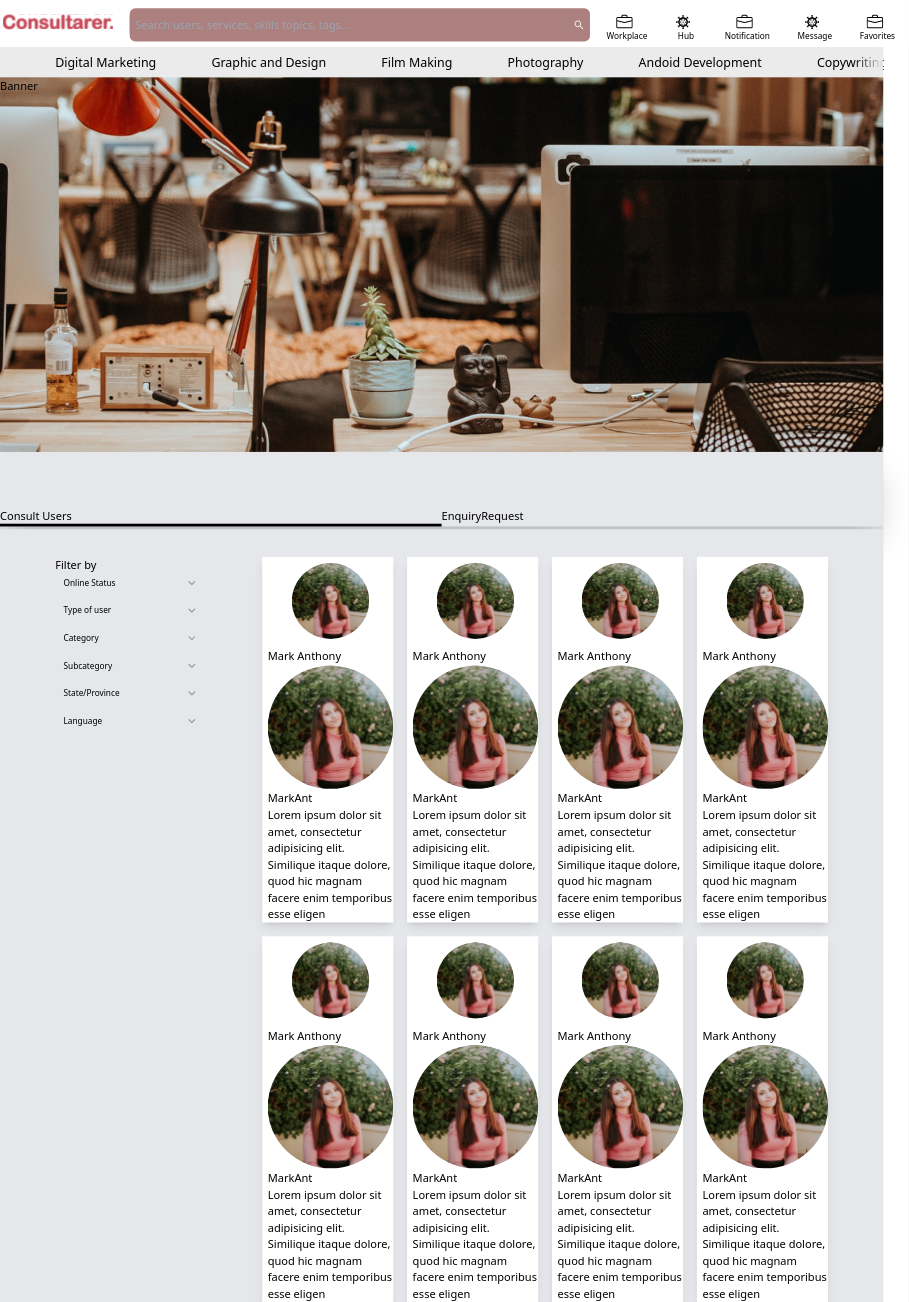
Repository: hisreal123/Consultarer
Page: /
These files come from the project's save history. The page is drawn as it stood at one moment and after a run of saves; the edit follows.
The browser window is 1280 px wide. The page is 1317 px wide, so the pictures cover 1317 px, including what lies to the right of the window. The pictures show the whole page, at 69% of full size.
The project was rebuilt for these pictures with package versions that can differ from the ones it lists, and the page was loaded fresh each time. The framework's server and built-in components were replaced by stand-ins that run in the browser. Also part of the build but not shown: next.config.js, webpack.config.js, components/Filter/Sortby.js.

Above is the page before, as saved 2022-04-26 00:22:50.

### pages/_app.js
import Layout from "../components/Layout";
import "../styles/globals.css";



function MyApp({ Component, pageProps }) {
  return (
    <Layout>
      <Component {...pageProps} />
    </Layout>
  );
}

export default MyApp;

### pages/index.js
import Head from "next/head";
import Image from "next/image";
import CatList from "../components/Category/CatList";
import { CatLinkData } from "../utils/CatLinkdata";
import { Banner } from "../components/Banner/Banner";
import { ContentTab } from "../components/CardContent/ContentTab";

export default function Home({ data }) {
  return (
    <div className=" ">
      <Head>
        <title>Cosultarer.</title>
        <meta name="description" content="Generated by create next app" />
        <link rel="icon" href="/favicon.ico" />
      </Head>

      <main className="bg-gray-200">
        <CatList allCatLinkData={data} />
        <Banner />
        <ContentTab />
      </main>
    </div>
  );
}

export async function getStaticProps() {
  return {
    props: {
      data: CatLinkData,
    },
    revalidate: 4 * 60 * 60,
  };
}

### components/Layout.js
import React from "react";
import { TopNav } from "./TopNav/TopNav";

const Layout = ({ children , toggle}) => {
  return (
    <div className="relative">
      <TopNav toggle={toggle}/>
      {children}
    </div>
  );
};

export default Layout;

### components/Category/CatList.js
import React from "react";
import ListLink from "./ListLink";
const CatList = ({ allCatLinkData }) => {
  return (
    <div className="relative  overflow-hidden ">
      <div className="relative">
        <ListLink data={allCatLinkData} />
      </div>
    </div>
  );
};

export default CatList;

### utils/CatLinkdata.js
// Json Array for CarTegory Section
export const CatLinkData = [
  {
    id: 1,
    Category: " Digital Marketing",
  },
  {
    id: 2,
    Category: " Graphic and Design",
  },
  {
    id: 3,
    Category: " Film Making",
  },
  {
    id: 4,
    Category: " Photography ",
  },
  {
    id: 5,
    Category: " Andoid Development ",
  },
  {
    id: 6,
    Category: " Copywriting ",
  },

  {
    id: 7,
    Category: " Photography ",
  },
  {
    id: 8,
    Category: " Andoid Development ",
  },
  {
    id: 9,
    Category: " Copywriting ",
  },
  {
    id: 10,
    Category: " Digital Marketing",
  },
  {
    id: 11,
    Category: " Graphic and Design",
  },
  {
    id: 12,
    Category: " Film Making",
  },
  {
    id: 13,
    Category: " Photography ",
  },
  {
    id: 14,
    Category: " Andoid Development ",
  },
  {
    id: 15,
    Category: " Copywriting ",
  },

  {
    id: 16,
    Category: " Photography ",
  },
  {
    id: 17,
    Category: " Andoid Development ",
  },
  {
    id: 18,
    Category: " Copywriting ",
  },
]; // End of CatLinks

// for Link Data

### components/Banner/Banner.js
import React from "react";

export const Banner = () => {
  return (
    <div className=" h-[543px]  bg-gray-200 bg-hero bg-origin-content bg-right md:bg-center bg-cover bg-no-repeat  ">
      Banner
    </div>
  );
};

### components/CardContent/ContentTab.js
import { React, Fragment, useState } from "react";
import { EnquiryRequest } from "./EnquiryRequest";
import { ConsultUsers } from "./ConsultUsers";

export const ContentTab = () => {
  const [index, setIndex] = useState(0);
  return (
    <div className="Tabs">
      <div className="tabList  grid grid-cols-2 pt-20 bg-gray-200 mb-1 shadow-2xl z-30">
        <div
          className={`tabHead   ${
            index === 0 ? " border-b-4 border-b-black   " : null
          }`}
          onClick={() => {
            setIndex(0);
          }}
        >
          <h1 className="">Consult Users</h1>
        </div>
        <div
          className={`tabHead ${
            index === 1 ? "  border-b-4 border-b-black " : null
          }`}
          onClick={() => {
            setIndex(1);
          }}
        >
          <h1>EnquiryRequest</h1>
        </div>
      </div>
      <div className="contentl ">
        <div className="tabContent" hidden={index != 0}>
          <ConsultUsers />
        </div>
        <div className="tabContent" hidden={index != 1}>
          <EnquiryRequest />
        </div>
      </div>
    </div>
  );
};

### components/TopNav/TopNav.js
import Link from "next/link";
import { React, useState } from "react";
import Search from "./Search";
import { TopNavMobile } from "../Mobile/TopNavMobile";
import { Aside } from "../Mobile/Aside";
import { AccountLinks } from "../AccountLinks";

// All design are been adjusted to mobile first
export const TopNav = () => {
  return (
    <div className=" shadow-sm ">
      {/* tablet and extended*/}
      <div className=" relative lg:flex item-center ">
        <TopNavMobile />
        <div className="wrap hidden lg:flex  lg:bg-white lg:w-screen   lg:pt-3">
          <Search
            widthStyle="  ml-4 rounded-full hidden md:block lg:mr-1 lg:flex lg:pr-2  lg:bg-[#ad8080] lg:text-white "
            inputStyle="lg:w-[643px] lg:py-2  lg:bg-[#ad8080] lg:pl-2 lg:rounded-lg lg:outline-none lg:text-white"
          />
          <div className="acct w-full relative">
            <AccountLinks />
          </div>
        </div>
      </div>
    </div>
  );
};

### components/Category/ListLink.js
import Link from "next/link";
import React from "react";
import { useRouter } from "next/router";

const ListLink = ({ data }) => {
  const router = useRouter();
  return (
    <div className="relative bg-[#EBEBEB]">
      <ul className="  relative flex whitespace-nowrap px-10 sm:px-20 space-x-10 sm:space-x-20 overflow-x-scroll scrollbar-hide py-2 md:text-lg lg:w-screen">
        {data.map((list) => (
          <li
            key={list.id}
            // onClick={() => router.push(`/${list.Category}`)}
            className="hover:scale-105 transition duration-100  cursor-pointer active:text-red-500"
          >
            {list.Category}
          </li>
        ))}
      </ul>

      <div className="absolute top-0 right-0 bg-gradient-to-l from-[#EBEBEB] h-10 w-11"></div>
    </div>
  );
};

export default ListLink;

### components/CardContent/EnquiryRequest.js
import { FilterList } from "../Filter/FilterList";
export const EnquiryRequest = () => {
  return (
    <div className="grid grid-cols-2 relative w-full bg-green-300">
    <FilterList />
    </div>
  );
};

### components/CardContent/ConsultUsers.js
import React from "react";
import { FilterList } from "../Filter/FilterList";
import { UserCard } from "./UserCard";
export const ConsultUsers = () => {
  return (
    <div className="grid grid-cols-4 pt-10 px-20 z-10 gap-20 relative w-full bg-gray-200">
      <FilterList />
      <div className="useCard col-span-3">
        <UserCard userStyle="" />
      </div>
    </div>
  );
};

### components/TopNav/Search.js
import React from "react";
import { AiOutlineSearch } from "react-icons/ai";

const Search = ({ widthStyle, mobileStyle, inputStyle , lgStyle}) => {
  return (
    <div
      className={`transition hover:shadow-md  flex items-center  relative  bg-white  justify-between pr-3 lg:mb-2 lg:rounded-lg group  ${widthStyle} ${mobileStyle} ${lgStyle}`}
    >
      <input
        type="text"
        name="search"
        id="search"
        placeholder="Search users, services, skills topics, tags... "
        className={inputStyle}
      />
      <AiOutlineSearch className="transition hover:scale-105 cursor-pointer  " />
    </div>
  );
};

export default Search;

### components/Mobile/TopNavMobile.js
import { React, useState } from "react";
import { Aside } from "../Mobile/Aside";
import { Logo } from "../Logo";
import { Profile } from "../Profile";
import Search from "../TopNav/Search";
import { MdMenu } from "react-icons/md";

export const TopNavMobile = () => {
  const [openSideBar, setOpenSideBar] = useState(false);
  return (
    <div className="mobile relative pl-1 px-2 pb-1">
      {/* mobile*/}
      {/* Adding pr-2 to make space for te search component*/}
      <div className=" relative flex justify-between items-center bg-white w-full lg:h-full">
        <div className=" relative flex items-center">
          <MdMenu
            className="text-3xl text-gray-600 mr-1 lg:hidden"
            onClick={() => setOpenSideBar(!openSideBar)}
          />
          <Logo />
        </div>
        <Profile /> {/* profile available only for mobile xs & sm screen size*/}
      </div>
      {/* Search avialable only for mobile xs & sm screen size*/}
      <Search
        widthStyle="w-full pl-2  lg:hidden"
        mobileStyle="mb-3 outline-none rounded-full border border-1 "
        inputStyle=" text-xs py-2 px-2 w-full md:text-md"
      />

      <Aside
        sidebarInfo={{ openSideBar, setOpenSideBar }}
        toggleStyle={`
      ${!openSideBar ? "-translate-x-full" : ""}
    `}
      />
    </div>
  );
};

### components/Mobile/Aside.js
import Link from "next/link";
import { React, useState } from "react";
import { GrFormClose } from "react-icons/gr";
import { AccountLinks } from "../AccountLinks";
import Divider from "../divider";
import { FilterList } from "../Filter/FilterList";
import { Logo } from "../Logo";
// Repeated Style for more than one Element
const GenDesc = "text-xs text-red-500  pl-2 py-1";

export const Aside = ({
  toggleStyle,
  sidebarInfo: { openSideBar, setOpenSideBar },
}) => {
  return (
    <div
      className={` bg-white  absolute top-0  left-0  shadow-lg overflow-hidden w-3/4  transition pb-20 z-50  md:w-50 lg:hidden
      ${openSideBar ? " " : "-translate-x-full"} ${toggleStyle}
      `}
    >
      <div className="top ">
        <div className="top flex  justify-between items-center py-2 px-2">
          <Logo />
          <GrFormClose
            className="text-3xl"
            onClick={() => setOpenSideBar(!openSideBar)}
          />
        </div>
        <Divider />
        <h4 className={GenDesc}> Account</h4>
        <AccountLinks />
        <Divider />
        <FilterList filStyle={GenDesc} />
      </div>
    </div>
  );
};

### components/AccountLinks.js
import React from "react";
import { BsBriefcase } from "react-icons/bs";
import { MdOutlineCoronavirus } from "react-icons/md";
import Divider from "./divider";

const AsideLink = [
  {
    id: 1,
    title: " Workplace",
    icon: <BsBriefcase />,
  },

  {
    id: 2,
    title: "Hub",
    icon: <MdOutlineCoronavirus />,
  },

  {
    id: 3,
    title: " Notification",
    icon: <BsBriefcase />,
  },

  {
    id: 4,
    title: "Message",
    icon: <MdOutlineCoronavirus />,
  },

  {
    id: 5,
    title: " Favorites",
    icon: <BsBriefcase />,
  },
];

export const AccountLinks = () => {
  return (
    <div className=" group md:flex md:items-center md:justify-between md:w-full relative   lg:justify-between lg:items-center">
      {AsideLink.map((item) => (
        <div
          key={item.id}
          className="flex items-center px-2 py-2 mb-1 hover:bg-red-200 last:mb-0 md:text-2xl lg:px-0 lg:pt-2 lg:flex-col lg:pl-5 lg:pr-5  lg:hover:bg-white group lg:mb-0 lg:hover:border-b lg:border-b-black transition duration-150 "
        >
          <span className="mr-2 sm:hover:text-red-400 lg:hover:text-black lg:hover:font-extrabold  transition duration-100 lg:hover:animate-bounce">
            {item.icon}
          </span>
          <h1 className="text-xs"> {item.title}</h1>
        </div>
      ))}
    </div>
  );
};

### components/Filter/FilterList.js
import Divider from "../divider";
import { FilterCheckBox } from "./FilterCheckBox";
import Sortby from "./Sortby";

export const FilterList = ({ filStyle }) => {
  return (
    <div className=" ">
      <h3 className={filStyle}> Filter by</h3>

      <div className="wrap px-2">
        <FilterCheckBox OptionTitle="Online Status" />
        <FilterCheckBox OptionTitle="Type of user" />
        <FilterCheckBox OptionTitle="Category" />
        <FilterCheckBox OptionTitle="Subcategory" />
        <FilterCheckBox OptionTitle="State/Province" />
        <FilterCheckBox OptionTitle="Language" />

        {/*<Sortby title="Sort By" subTitle="Price" />
              <Divider />
          <Sortby title=" Rating " /> */}
      </div>
    </div>
  );
};

### components/CardContent/UserCard.js
import React from "react";
import Image from "next/image";
const User = [
  {
    slug: "user1",
    ImageProfile: "/img/unsplash_x9cXI2eQLBw.svg",
    fullname: " Mark Anthony",
    username: "MarkAnt",
    verified: true,
    rank: true,
    rate: "4.5(25)",
    salary: "50",
    timePrice: "10mins",
  },

  {
    slug: "user2",
    ImageProfile: "/img/unsplash_x9cXI2eQLBw.svg",
    fullname: " Mark Anthony",
    username: "MarkAnt",
    verified: true,
    rank: true,
    rate: "4.5(25)",
    salary: "50",
    timePrice: "10mins",
  },

  {
    slug: "user3",
    ImageProfile: "/img/unsplash_x9cXI2eQLBw.svg",
    fullname: " Mark Anthony",
    username: "MarkAnt",
    verified: true,
    rank: true,
    rate: "4.5(25)",
    salary: "50",
    timePrice: "10mins",
  },

  {
    slug: "user4",
    ImageProfile: "/img/unsplash_x9cXI2eQLBw.svg",
    fullname: " Mark Anthony",
    username: "MarkAnt",
    verified: true,
    rank: true,
    rate: "4.5(25)",
    salary: "50",
    timePrice: "10mins",
  },
  {
    slug: "user5",
    ImageProfile: "/img/unsplash_x9cXI2eQLBw.svg",
    fullname: " Mark Anthony",
    username: "MarkAnt",
    verified: true,
    rank: true,
    rate: "4.5(25)",
    salary: "50",
    timePrice: "10mins",
  },

  {
    slug: "user6",
    ImageProfile: "/img/unsplash_x9cXI2eQLBw.svg",
    fullname: " Mark Anthony",
    username: "MarkAnt",
    verified: true,
    rank: true,
    rate: "4.5(25)",
    salary: "50",
    timePrice: "10mins",
  },

  {
    slug: "user7",
    ImageProfile: "/img/unsplash_x9cXI2eQLBw.svg",
    fullname: " Mark Anthony",
    username: "MarkAnt",
    verified: true,
    rank: true,
    rate: "4.5(25)",
    salary: "50",
    timePrice: "10mins",
  },

  {
    slug: "user8",
    ImageProfile: "/img/unsplash_x9cXI2eQLBw.svg",
    fullname: " Mark Anthony",
    username: "MarkAnt",
    verified: true,
    rank: true,
    rate: "4.5(25)",
    salary: "50",
    timePrice: "10mins",
  },
];

export const UserCard = ({ userStyle }) => {
  return (
    <div className={`cardWrapper relative `}>
      <div className="cardContent">
        <div className=" details relative  grid grid-cols-4 gap-5 ">
          {User.map((user, slug) => (
            <div
              className={` user relative flex flex-col bg-white pt-2 pl-2 shadow-lg ${userStyle}`}
              key={slug}
            >
              <div className="relative h-7 w-28 self-center  mb-24 ">
                <Image
                  src={user.ImageProfile}
                  height="100"
                  width="100"
                  layout="responsive"
                  alt="profile Image"
                />
              </div>
              <div className="infos relative">
                <h3 className=" font-medium ">
                  {user.fullname}
                  {user.verified ? (
                    <Image
                      src="/img/unsplash_x9cXI2eQLBw.svg"
                      alt="verified"
                      layout="responsive"
                      height="100"
                      width="100"
                    />
                  ) : null (
                    " false"
                  )}
                </h3>
                <h3> {user.username} </h3>

                <p>
                  Lorem ipsum dolor sit amet, consectetur adipisicing elit.
                  Similique itaque dolore, quod hic magnam facere enim
                  temporibus esse eligen
                </p>
              </div>
            </div>
          ))}
        </div>
      </div>
    </div>
  );
};

### components/Logo.js
import Link from "next/link";
import React from "react";
import LogoPic from "../public/img/logo.svg";
export const Logo = () => {
  return (
    <div>
      <Link href="#">
        <a className="cursor-pointer">
          <LogoPic className="h-10 w-28 md:w-36 lg:h-30 lg:w-40 lg:pt-2 lg:pb-2" />
        </a>
      </Link>
    </div>
  );
};

### components/Profile.js
import React from "react";
import ProfilePic from "../public/img/unsplash_x9cXI2eQLBw.svg";

export const Profile = () => {
  return (
    <div className="group absolute right-0 pr-2 lg:hidden transition duration-150">
      <ProfilePic className="text-3xl group:hover:shadow-lg " />
      <span className="bg-green-600 h-2 w-2 absolute z-10 bottom-1 right-2  rounded-full "></span>
    </div>
  );
};

### components/divider.js
import React from "react";

function Divider() {
  return <div className="divider h-[0.08px] w-full bg-gray-300 "></div>;
}

export default Divider;

### components/Filter/FilterCheckBox.js
import { useState } from "react";
import { Listbox, Transition } from "@headlessui/react";
import { ChevronDownIcon } from "@heroicons/react/solid";

const people = [
  { id: 2, title: "Online Status" },
  { id: 3, title: "Option2" },
  { id: 4, title: "Option3" },
  { id: 5, title: "Option4" },
  { id: 5, title: "Option5" },
];

export const FilterCheckBox = ({ OptionTitle }) => {
  const [selectedPerson, setSelectedPerson] = useState(people[0]);
  return (
    <Listbox value={selectedPerson} onChange={setSelectedPerson}>
      <div className="wrap ">
        <Listbox.Button className="mb-3 p-1 text-xs flex items-center w-full  justify-between   ">
          <span className="">{OptionTitle || selectedPerson.title}</span>
          <ChevronDownIcon className="w-5 h-5 text-gray-400" />
        </Listbox.Button>

        <Listbox.Options className="px-1 bg-gray-200 relative">
          {people.map((person) => (
            /* Disabled options will be skipped by keyboard navigation. */
            <Listbox.Option
              key={person.id}
              value={person}
              className="text-xs py-1 md:text-lg "
            >
              {({ active, selected }) => (
                <li
                  className={` py-1 px-2 ${
                    active ? "bg-blue-500 text-white " : "text-black"
                  }`}
                >
                  {selected}
                  {person.title}
                </li>
              )}
            </Listbox.Option>
          ))}
        </Listbox.Options>
      </div>
    </Listbox>
  );
};

### tailwind.config.js
module.exports = {
  mode: "jit",
  content: [
    "./pages/**/*.{js,ts,jsx,tsx}",
    "./components/**/*.{js,ts,jsx,tsx}",
  ],
  theme: {
    extend: {
      backgroundImage: {
        hero: "url('/img/BannerImage.png')",
      },
    },
  },
  plugins: [require("tailwind-scrollbar-hide")],
};

Loaded but not shown: styles/globals.css (common file)

After the next 6 saves:
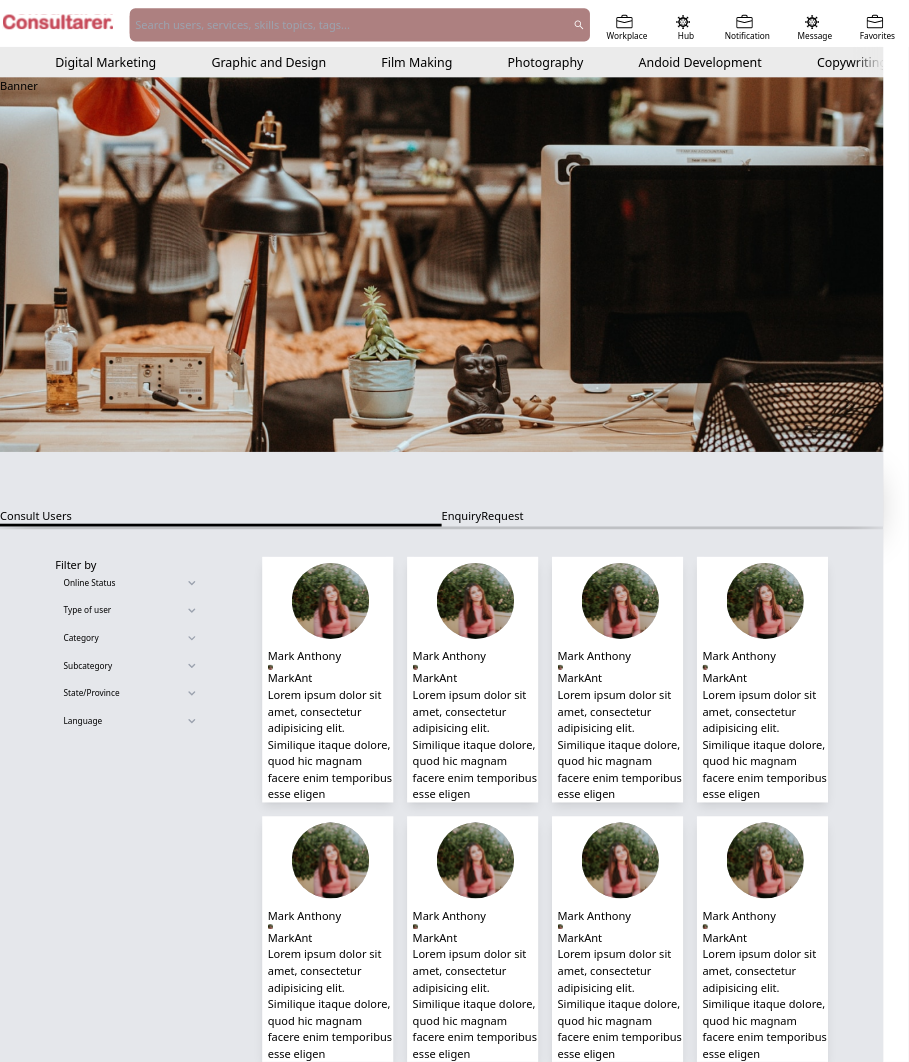
The 6 saves are shown as one change because 3 did not build or start and some came seconds apart.
The last was saved 31 s later.
--- a/components/CardContent/UserCard.js
+++ b/components/CardContent/UserCard.js
@@ -120,15 +120,17 @@ export const UserCard = ({ userStyle }) => {
                 <h3 className=" font-medium ">
                   {user.fullname}
                   {user.verified ? (
-                    <Image
-                      src="/img/unsplash_x9cXI2eQLBw.svg"
-                      alt="verified"
-                      layout="responsive"
-                      height="100"
-                      width="100"
-                    />
-                  ) : null (
-                    " false"
+                    <div className="w-2">
+                      <Image
+                        src="/img/unsplash_x9cXI2eQLBw.svg"
+                        alt="verified"
+                        layout="responsive"
+                        height="100"
+                        width="100"
+                      />
+                    </div>
+                  ) : (
+                    null(" false")
                   )}
                 </h3>
                 <h3> {user.username} </h3>
